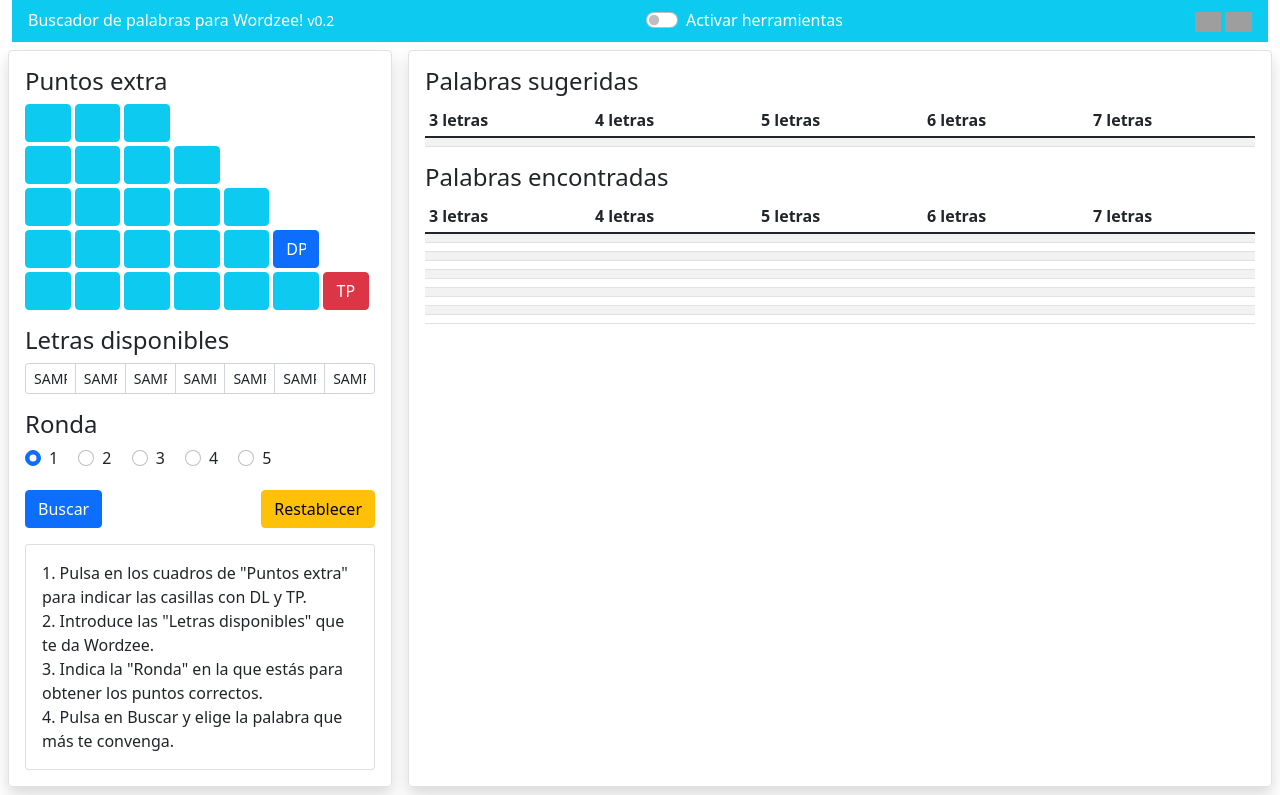
Repository: angelcafe/wordzee-bp_javascript
Page: index.html
These files come from the project's save history. The page is drawn as it stood at one moment and after the next save; the edit follows.
The browser window is 1280 px wide. The pictures show the whole page.
Empty fields were first filled with sample values (such as "Sample", 5 or name@example.com).
After loading, the first visible `button.btn` was clicked once.
Pictures or frames that could not be fetched are drawn as grey boxes.

Above is the page before, as saved 2021-10-24 15:34:33.
Console error (its wording comes from the project's code and is left out).

After the next save:
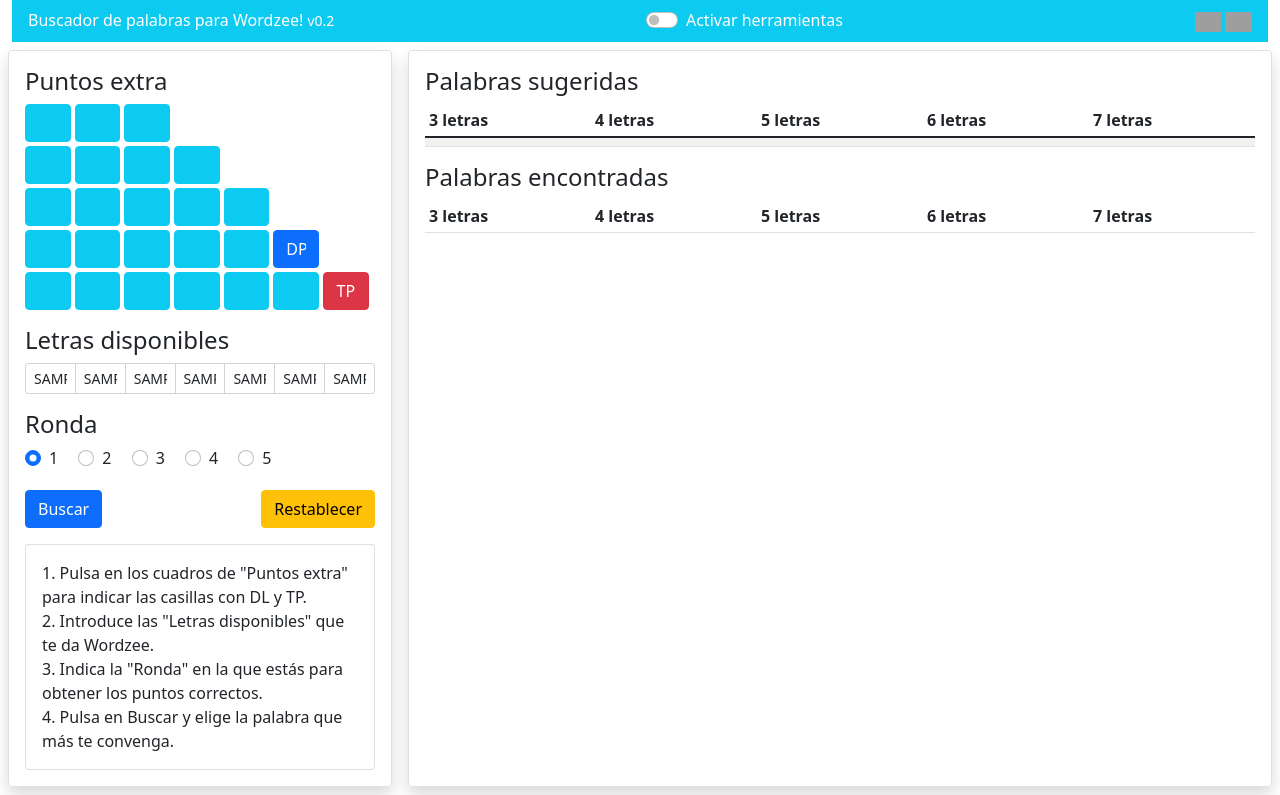
Saved 2 min 46 s later.
--- a/index.js
+++ b/index.js
@@ -45,7 +45,7 @@ function activarHerramientas(e) {
 
 function buscarPalabras() {
     var form = document.forms[0];
-    document.querySelectorAll('input[required]').forEach(e => {
+    document.querySelectorAll('input[required]').every(e => {
         if (e.value == '') {
             var alertPlaceholder = document.getElementById('liveAlertPlaceholder');
             var alertTrigger = document.getElementById('liveAlertBtn');
